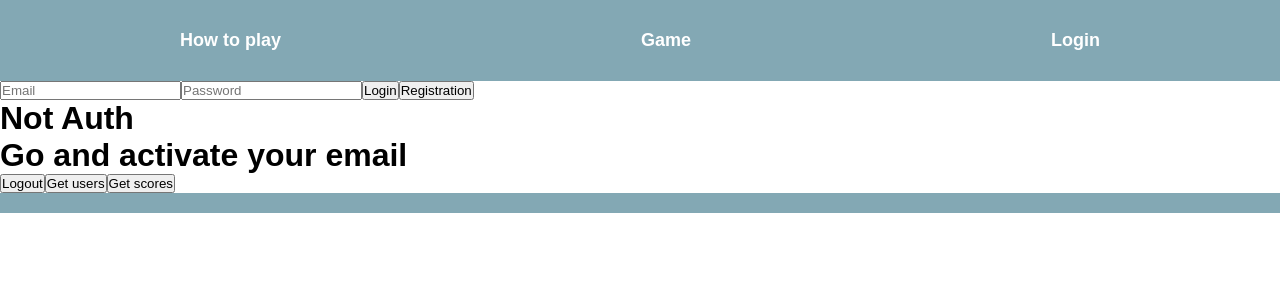
Repository: nika-otter/2048
Page: /login (app in client/)
An editor plug-in stored every save of this project. The page is shown before and after the next save, followed by the edit.
The browser window is 1280 px wide. The pictures show the whole page.
The project was rebuilt for these pictures with package versions that can differ from the ones it lists, and the page was loaded fresh each time. Also part of the build but not shown: client/src/App.css, client/src/pages/account/index.jsx, client/src/components/GamePage/GamePage.module.scss, client/src/components/ScoreTable/ScoreTable.module.scss, client/src/components/ScoreTable/ScoreTable.jsx, client/src/components/Game/Tile.jsx, client/src/components/Game/Cell.jsx, client/src/helper/index.js and 6 more. Imported but missing from the stored project, and not drawn on this page: client/src/components/InstructionPage/InstructionPage.

Above is the page before, as saved 2023-04-29 19:49:15.

After the next save:
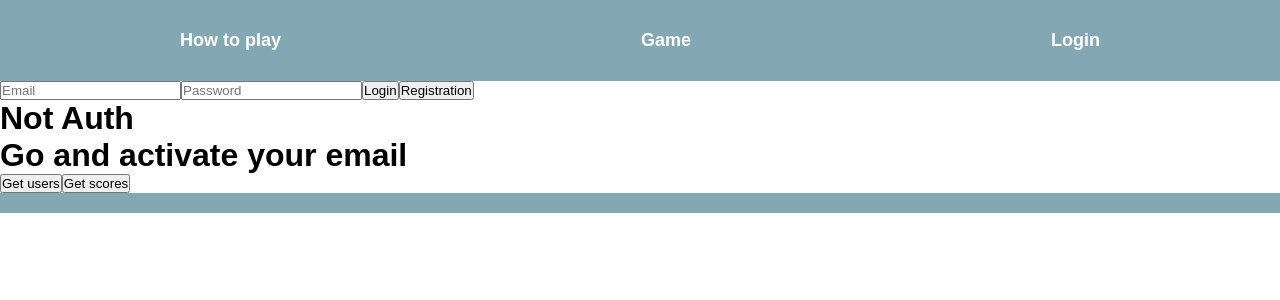
Saved 3 min 19 s later.
--- a/client/src/pages/Login/index.jsx
+++ b/client/src/pages/Login/index.jsx
@@ -55,7 +55,12 @@ function Login() {
         {" "}
         {store.user.isActivated ? `Activated` : "Go and activate your email"}
       </h1>
-      <button onClick={() => store.logout()}>Logout</button>
+      {store.isAuth ? (
+        <button onClick={() => store.logout()}>Logout</button>
+      ) : (
+        <> </>
+      )}
+
       <button onClick={getUsers}>Get users</button>
       {users.map((user) => (
         <div key={user.email}>{user.email}</div>
